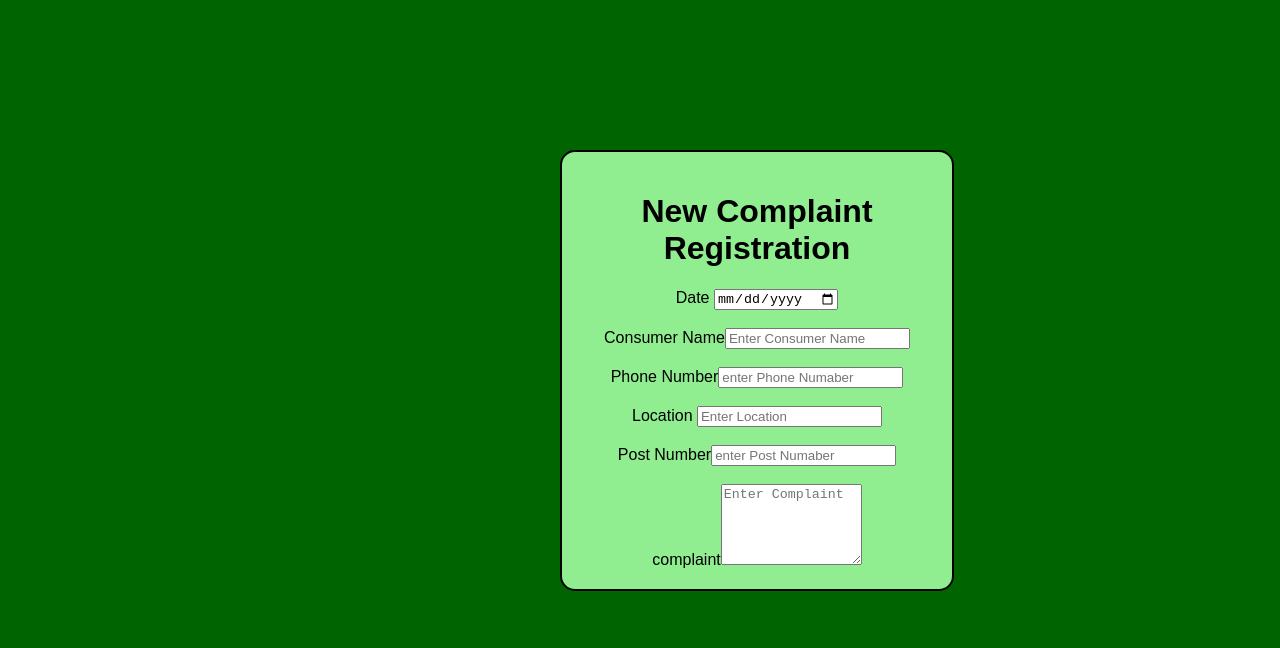
Repository: Jobinte/KSEB-PROJECT
Page: KSEB-complaint-management/WebContent/complaintRegistration.html
These files come from the project's save history. The page is drawn as it stood at one moment and after the next save; the edit follows.
The browser window is 1280 px wide. The pictures show the whole page.

Above is the page before, as saved 2023-11-22 07:51:12.

### KSEB-complaint-management/WebContent/complaintRegistration.html
<!DOCTYPE html>
<html>
<head>
<meta charset="ISO-8859-1">
<title>complaint registration</title>


<link href="css/complaitReg.css" rel="stylesheet" type="text/css" />


</head>
<body>
	<div class="complaintReg">
		<h1 id="heading">New Complaint Registration</h1>

		<form action="#" name="complaintReg" id="complaintReg" method="post">
			Date <input type="date" /> <br> <br>
			Consumer Name<input type="text" name="consumerName" placeholder="Enter Consumer Name" /> <br> <br>
			Phone Number<input type="text" name="phone" placeholder="enter Phone Numaber " /> <br> <br>
			Location <input type="text" name="location" placeholder="Enter Location " /> <br> <br>
			Post Number<input type="text" name="post" placeholder="enter Post Numaber  " /> <br> <br>
			complaint<textarea rows="5" cols="15" name="complaint"  placeholder="Enter Complaint"></textarea>

			</form>
			</div>
			</body>
			</html>

### KSEB-complaint-management/WebContent/css/complaitReg.css
body{
	margin:0;
	padding:0;
	 background-color:darkgreen;
	 font-family:'arial';

}
#heading {
	color:black;
	font:Times new roman;

}
.complaintReg{
	width:350px;
	height:auto;

	padding:20px;
	margin-top:150px;
	margin-left:560px;
	border-radius:15px;
	 border : 2px solid;
	 display:inline-block;


	background-color:lightgreen;
	text-align:center;
}

After the next save:
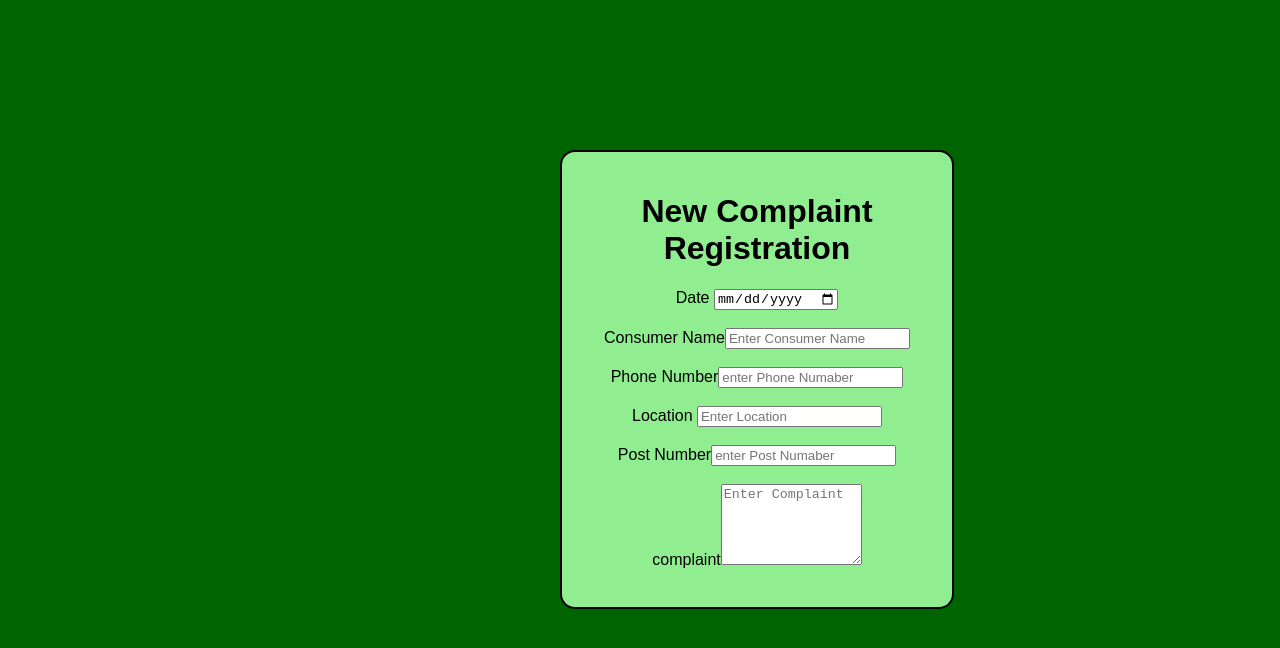
Saved 112 s later.
--- a/KSEB-complaint-management/WebContent/complaintRegistration.html
+++ b/KSEB-complaint-management/WebContent/complaintRegistration.html
@@ -14,13 +14,14 @@
 		<h1 id="heading">New Complaint Registration</h1>
 
 		<form action="#" name="complaintReg" id="complaintReg" method="post">
+			<div class="demo">
 			Date <input type="date" /> <br> <br>
 			Consumer Name<input type="text" name="consumerName" placeholder="Enter Consumer Name" /> <br> <br>
 			Phone Number<input type="text" name="phone" placeholder="enter Phone Numaber " /> <br> <br>
 			Location <input type="text" name="location" placeholder="Enter Location " /> <br> <br>
 			Post Number<input type="text" name="post" placeholder="enter Post Numaber  " /> <br> <br>
-			complaint<textarea rows="5" cols="15" name="complaint"  placeholder="Enter Complaint"></textarea>
-
+			complaint<textarea rows="5" cols="15" name="complaint"  placeholder="Enter Complaint"></textarea> <br> <br>
+			</div>
 			</form>
 			</div>
 			</body>
